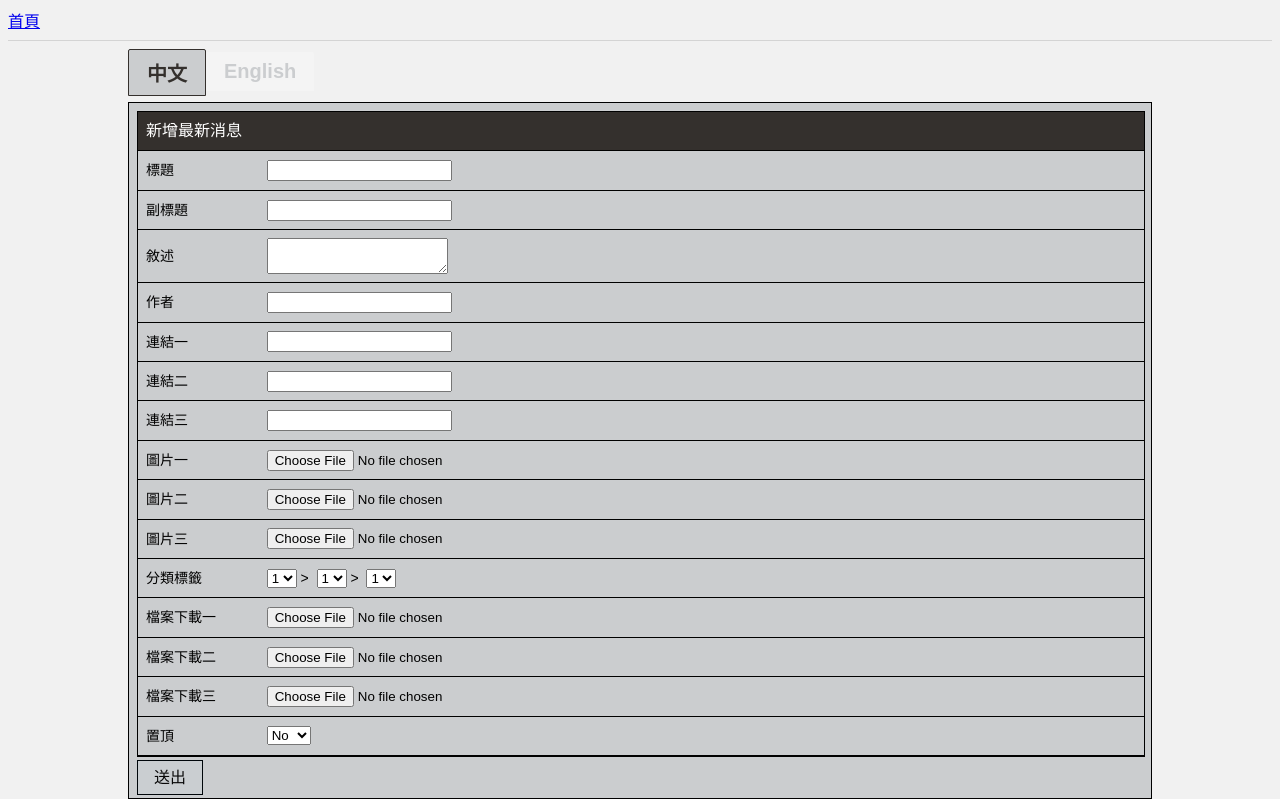
Repository: Naokiyuy/DigitalHum
Page: http://localhost/digital/backend/hotnews/hotnews-add.jsp
An editor plug-in stored every save of this project. The page is shown before and after the next save, followed by the edit.
The browser window is 1280 px wide. The pictures show the whole page.
Some web libraries are served in a nearby version. The page is served by Tomcat 9. Other server files are loaded and not shown.

Above is the page before, as saved 2015-03-11 19:43:26.

### digital/src/main/webapp/backend/hotnews/hotnews-add.jsp
<%@ page language="java" contentType="text/html; charset=UTF-8"
    pageEncoding="UTF-8"%>
<!DOCTYPE html PUBLIC "-//W3C//DTD HTML 4.01 Transitional//EN" "http://www.w3.org/TR/html4/loose.dtd">
<html>
<head>
<meta http-equiv="Content-Type" content="text/html; charset=UTF-8">
<title>[後台]最新消息-新增</title>
<link rel="stylesheet" type="text/css" href="/backend/css/hotnews/add.css" />
</head>
<body>
<jsp:include page="/backend/header/header.jsp"></jsp:include>
<hr />
<form action="">
<div class="tab_div">
<ul class="tabs">
	<li>
		<input type="radio" checked name="tabs" id="tab1">
        <label for="tab1">中文</label>
        <div id="tab-content1" class="tab-content animated fadeIn">
        	<div id="hotnews-add-table">
				<div class="hotnews-add-tr">
					<div class="hotnews-add-td"><span>新增最新消息</span></div>
					<div class="hotnews-add-td"></div>
				</div>
				<div class="hotnews-add-tr">
					<div class="hotnews-add-td">標題</div>
					<div class="hotnews-add-td"><input type="text" id="title_cht" name="title_cht"/></div>
				</div>
				<div class="hotnews-add-tr">
					<div class="hotnews-add-td">副標題</div>
					<div class="hotnews-add-td"><input type="text" id="subtitle_cht" name="subtitle_cht"/></div>
				</div>
				<div class="hotnews-add-tr">
					<div class="hotnews-add-td">敘述</div>
					<div class="hotnews-add-td"><textarea id="description_cht" name="description_cht"/></textarea></div>
				</div>
				<div class="hotnews-add-tr">
					<div class="hotnews-add-td">作者</div>
					<div class="hotnews-add-td"><input type="text" id="author_cht" name="author_cht"/></div>
				</div>
				<div class="hotnews-add-tr">
					<div class="hotnews-add-td">連結一</div>
					<div class="hotnews-add-td"><input type="text" id="link_1_cht" name="link_1_cht"/></div>
				</div>
				<div class="hotnews-add-tr">
					<div class="hotnews-add-td">連結二</div>
					<div class="hotnews-add-td"><input type="text" id="link_2_cht" name="link_2_cht"/></div>
				</div>
				<div class="hotnews-add-tr">
					<div class="hotnews-add-td">連結三</div>
					<div class="hotnews-add-td"><input type="text" id="link_3_cht" name="link_3_cht"/></div>
				</div>
				<div class="hotnews-add-tr">
					<div class="hotnews-add-td">圖片一</div>
					<div class="hotnews-add-td"><input type="file" id="image_1_cht" name="image_1_cht" /></div>
				</div>
				<div class="hotnews-add-tr">
					<div class="hotnews-add-td">圖片二</div>
					<div class="hotnews-add-td"><input type="file" id="image_2_cht" name="image_2_cht" /></div>
				</div>
				<div class="hotnews-add-tr">
					<div class="hotnews-add-td">圖片三</div>
					<div class="hotnews-add-td"><input type="file" id="image_3_cht" name="image_3_cht" /></div>
				</div>
				<div class="hotnews-add-tr">
					<div class="hotnews-add-td">分類標籤</div>
					<div class="hotnews-add-td">
						<select id="breadcrumb_1" name="breadcrumb_1_cht">
							<option>1</option>
							<option>2</option>
							<option>3</option>
						</select>&nbsp;>&nbsp;
						<select id="breadcrumb_2" name="breadcrumb_2_cht">
							<option>1</option>
							<option>2</option>
							<option>3</option>
						</select>&nbsp;>&nbsp;
						<select id="breadcrumb_3" name="breadcrumb_3_cht">
							<option>1</option>
							<option>2</option>
							<option>3</option>
						</select>
					</div>
				</div>
				<div class="hotnews-add-tr">
					<div class="hotnews-add-td">檔案下載一</div>
					<div class="hotnews-add-td"><input type="file" id="file_1_cht" name="file_1_cht" /></div>
				</div>
				<div class="hotnews-add-tr">
					<div class="hotnews-add-td">檔案下載二</div>
					<div class="hotnews-add-td"><input type="file" id="file_2_cht" name="file_2_cht" /></div>
				</div>
				<div class="hotnews-add-tr">
					<div class="hotnews-add-td">檔案下載三</div>
					<div class="hotnews-add-td"><input type="file" id="file_3_cht" name="file_3_cht" /></div>
				</div>
				<div class="hotnews-add-tr">
					<div class="hotnews-add-td">置頂</div>
					<div class="hotnews-add-td">
						<select id="top_cht" name="top_cht">
							<option value="0">No</option>
							<option value="1">Yes</option>
						</select>
					</div>
				</div>
			</div>
			<div class="action_btn">
				<a class="submit_btn" href="#">送出</a>
			</div>
        </div>
	</li>
	<li>
		<input type="radio" name="tabs" id="tab2">
        <label for="tab2">English</label>
        <div id="tab-content2" class="tab-content animated fadeIn">
        	<div id="hotnews-add-table">
				<div class="hotnews-add-tr">
					<div class="hotnews-add-td"><span>New HotNews</span></div>
					<div class="hotnews-add-td"></div>
				</div>
				<div class="hotnews-add-tr">
					<div class="hotnews-add-td">Title</div>
					<div class="hotnews-add-td"><input type="text" id="title_enu" name="title_enu"/></div>
				</div>
				<div class="hotnews-add-tr">
					<div class="hotnews-add-td">Subtitle</div>
					<div class="hotnews-add-td"><input type="text" id="subtitle_enu" name="subtitle_enu"/></div>
				</div>
				<div class="hotnews-add-tr">
					<div class="hotnews-add-td">Description</div>
					<div class="hotnews-add-td"><textarea id="description_enu" name="description_enu"/></textarea></div>
				</div>
				<div class="hotnews-add-tr">
					<div class="hotnews-add-td">Author</div>
					<div class="hotnews-add-td"><input type="text" id="author_enu" name="author_enu"/></div>
				</div>
				<div class="hotnews-add-tr">
					<div class="hotnews-add-td">LinkA</div>
					<div class="hotnews-add-td"><input type="text" id="link_1_enu" name="link_1_enu"/></div>
				</div>
				<div class="hotnews-add-tr">
					<div class="hotnews-add-td">LinkB</div>
					<div class="hotnews-add-td"><input type="text" id="link_2_enu" name="link_2_enu"/></div>
				</div>
				<div class="hotnews-add-tr">
					<div class="hotnews-add-td">LinkC</div>
					<div class="hotnews-add-td"><input type="text" id="link_3_enu" name="link_3_enu"/></div>
				</div>
				<div class="hotnews-add-tr">
					<div class="hotnews-add-td">ImageA</div>
					<div class="hotnews-add-td"><input type="file" id="image_1_enu" name="image_1_enu" /></div>
				</div>
				<div class="hotnews-add-tr">
					<div class="hotnews-add-td">ImageB</div>
					<div class="hotnews-add-td"><input type="file" id="image_2_enu" name="image_2_enu" /></div>
				</div>
				<div class="hotnews-add-tr">
					<div class="hotnews-add-td">ImageC</div>
					<div class="hotnews-add-td"><input type="file" id="image_3_enu" name="image_3_enu" /></div>
				</div>
				<div class="hotnews-add-tr">
					<div class="hotnews-add-td">Breadcrumb</div>
					<div class="hotnews-add-td">
						<select id="breadcrumb_1" name="breadcrumb_1_enu">
							<option>1</option>
							<option>2</option>
							<option>3</option>
						</select>&nbsp;>&nbsp;
						<select id="breadcrumb_2" name="breadcrumb_2_enu">
							<option>1</option>
							<option>2</option>
							<option>3</option>
						</select>&nbsp;>&nbsp;
						<select id="breadcrumb_3" name="breadcrumb_3_enu">
							<option>1</option>
							<option>2</option>
							<option>3</option>
						</select>
					</div>
				</div>
				<div class="hotnews-add-tr">
					<div class="hotnews-add-td">FileA</div>
					<div class="hotnews-add-td"><input type="file" id="file_1_enu" name="file_1_enu" /></div>
				</div>
				<div class="hotnews-add-tr">
					<div class="hotnews-add-td">FileB</div>
					<div class="hotnews-add-td"><input type="file" id="file_2_enu" name="file_2_enu" /></div>
				</div>
				<div class="hotnews-add-tr">
					<div class="hotnews-add-td">FileC</div>
					<div class="hotnews-add-td"><input type="file" id="file_3_enu" name="file_3_enu" /></div>
				</div>
				<div class="hotnews-add-tr">
					<div class="hotnews-add-td">Top</div>
					<div class="hotnews-add-td">
						<select id="top_enu" name="top_enu">
							<option value="0">No</option>
							<option value="1">Yes</option>
						</select>
					</div>
				</div>
			</div>
			<div class="action_btn">
				<a class="submit_btn" href="#">Submit</a>
			</div>
        </div>
	</li>
</ul>
</div>
</form>
<jsp:include page="/backend/footer/footer.jsp"></jsp:include>
</body>
</html>

### digital/src/main/webapp/backend/header/header.jsp
<%@ page language="java" contentType="text/html; charset=UTF-8"
    pageEncoding="UTF-8"%>
<!DOCTYPE html PUBLIC "-//W3C//DTD HTML 4.01 Transitional//EN" "http://www.w3.org/TR/html4/loose.dtd">
<html>
<head>
<meta http-equiv="Content-Type" content="text/html; charset=UTF-8">
<title>Insert title here</title>
<script type="text/javascript" src="https://code.jquery.com/jquery-1.11.2.min.js"></script>
</head>
<body>
<div id="breadcrumb">
	<a href="/backend/index.do">首頁</a>
</div>
</body>
</html>

### digital/src/main/webapp/backend/footer/footer.jsp
<%@ page language="java" contentType="text/html; charset=UTF-8"
    pageEncoding="UTF-8"%>
<!DOCTYPE html PUBLIC "-//W3C//DTD HTML 4.01 Transitional//EN" "http://www.w3.org/TR/html4/loose.dtd">
<html>
<head>
<meta http-equiv="Content-Type" content="text/html; charset=UTF-8">
<title>Insert title here</title>
</head>
<body>
<%-- Menu bar --%>

<%-- breadcrumb --%>


</body>
</html>

### digital/src/main/webapp/backend/css/hotnews/add.css

hr{
	border:0; height:1px; background-color:#d4d4d4;
}
body{
	font-family: "Varela Round",sans-serif, Microsoft JhengHei;
	background-color:#f1f1f1;
}

#hotnews-add-table{
	display:table;
	width:100%;
	border:1px solid #000000;
	max-width:1024px;
	margin: 0 auto;
}

.hotnews-add-tr {
	display: table-row;
}

.hotnews-add-td {
	display: table-cell;
	vertical-align:middle;
	border:1px solid #000000;
	border-width:0px 0px 1px 0px;
	text-align:left;
	padding:8px;
	font-size:14px;
	font-weight:normal;
	color:#000000;
}

.hotnews-add-td:first-child{
	width:12%;
}

.hotnews-add-tr:first-child {
	background-color:#34302D;
}

.hotnews-add-tr:first-child span{
	color:#ffffff;
	font-size:16px;
	vertical-align:middle;
	text-align:center;
}

.tabs input[type=radio] {
          position: absolute;
          top: -9999px;
          left: -9999px;
}
.tabs {
		max-width:1024px;
        float: none;
        list-style: none;
        position: relative;
        padding: 0;
        margin: 0px auto;
        min-height:100%;
}
      .tabs li{
        float: left;
      }
.tabs label {
          display: block;
          padding: 8px 18px;
          border-radius: 2px 2px 0 0;
          color: #CBCDCF;
          font-size: 20px;
          font-weight: bold;
          //font-family: 'Lily Script One', helveti;
          background: rgba(255,255,255,0.2);
          cursor: pointer;
          position: relative;
          top: 3px;
          -webkit-transition: all 0.2s ease-in-out;
          -moz-transition: all 0.2s ease-in-out;
          -o-transition: all 0.2s ease-in-out;
          transition: all 0.2s ease-in-out;
}
.tabs label:hover {
        background: rgba(255,255,255,0.5);
        top: 0;
        border: 1px solid;
}

[id^=tab]:checked + label {
        background: #CBCDCF;
        color: rgb(52, 48, 45);
        top: 0;
        border: 1px solid;
}

[id^=tab]:checked ~ [id^=tab-content] {
          display: block;
}
.tab-content{
        z-index: 2;
        display: none;
        text-align: left;
        width: 100%;
        font-size: 16px;
        line-height: 140%;
        padding-top: 10px;
        background: #CBCDCF;
        padding: 8px;
        color: white;
        position: absolute;
        top: 53px;
        border: 1px solid #000;
        left: 0;
        box-sizing: border-box;
        -webkit-animation-duration: 0.5s;
        -o-animation-duration: 0.5s;
        -moz-animation-duration: 0.5s;
        animation-duration: 0.5s;
}

.action_btn{
	max-width:1024px;
	margin-top:10px;
	margin-right:auto;
	margin-bottom: auto;
	margin-left:auto;
}

.submit_btn {
  color: #080808;
  font-size: 16px;
  background: #caced1;
  padding: 8px 16px 8px 16px;
  border: solid #00060a 1px;
  text-decoration: none;
}

.submit_btn:hover {
  background: #99a1a6;
  text-decoration: none;
}

After the next save:
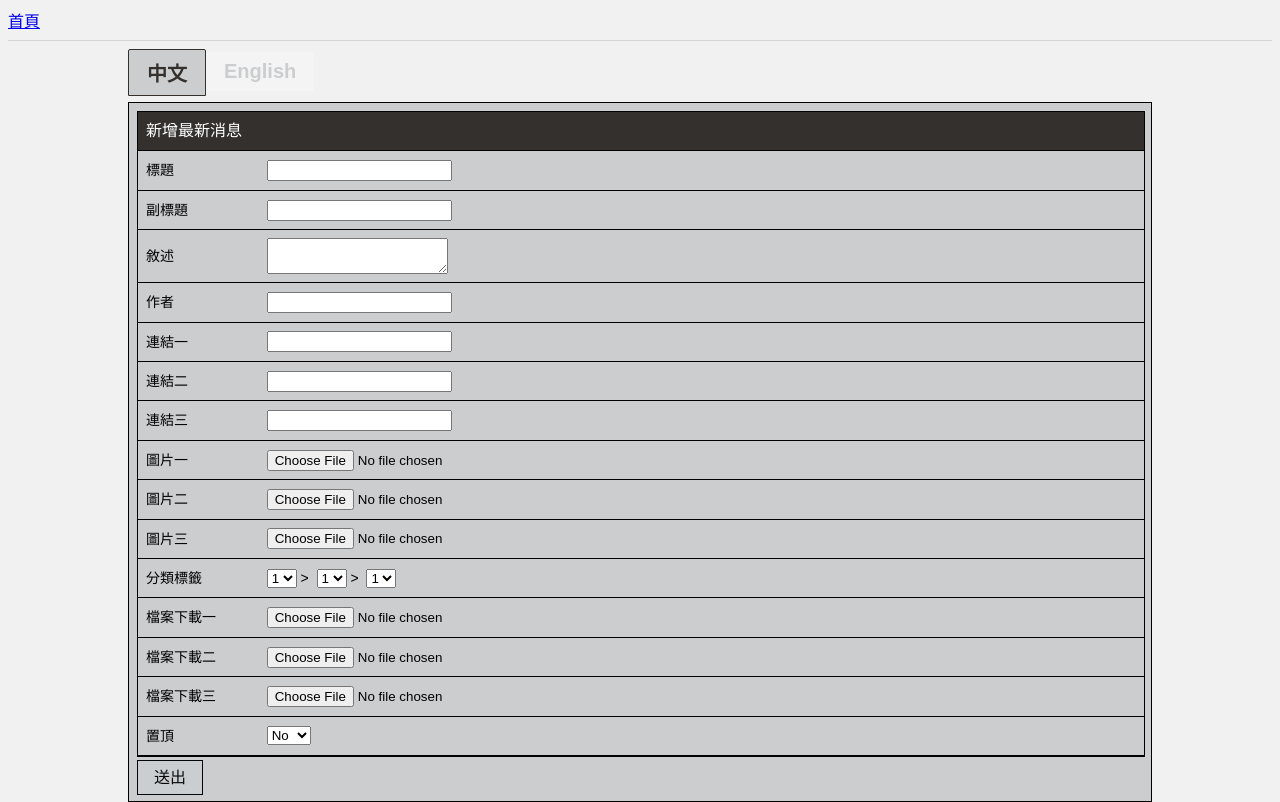
Saved 22 s later.
--- a/digital/src/main/webapp/backend/css/hotnews/add.css
+++ b/digital/src/main/webapp/backend/css/hotnews/add.css
@@ -122,7 +122,7 @@ body{
 	max-width:1024px;
 	margin-top:10px;
 	margin-right:auto;
-	margin-bottom: auto;
+	margin-bottom: 3px;
 	margin-left:auto;
 }
 
